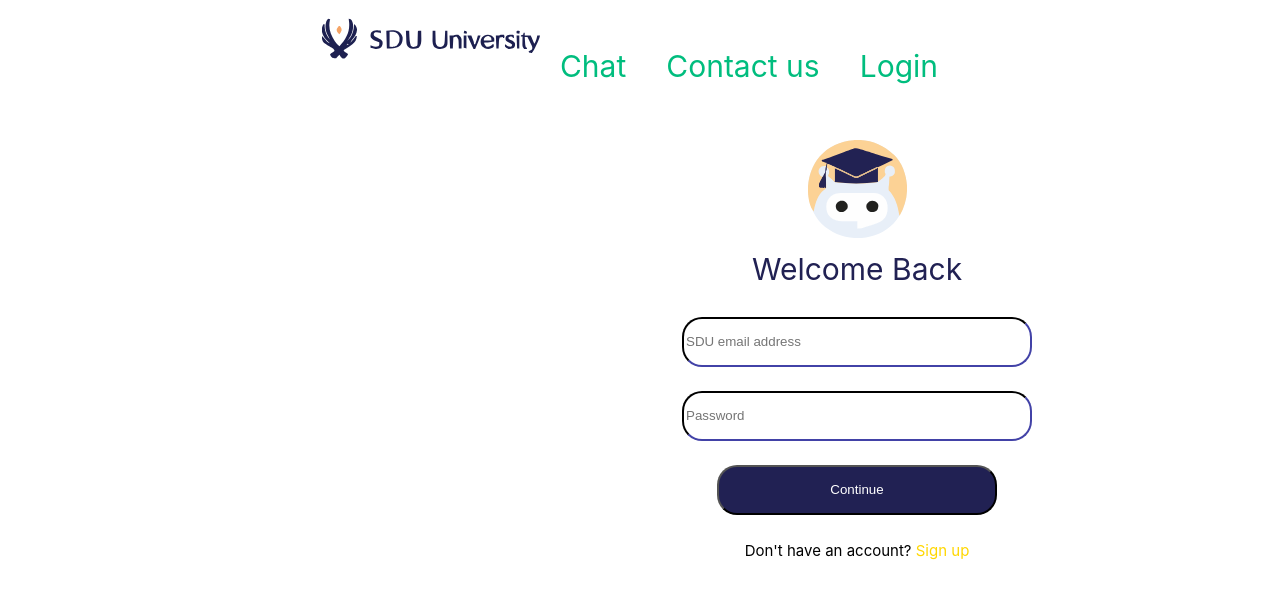
Repository: tolepbekova/Community_v.l
Page: /login
These files come from the project's save history. The page is drawn as it stood at one moment and after the next save; the edit follows.
The browser window is 1280 px wide. The pictures show the whole page.
The project was rebuilt for these pictures with package versions that can differ from the ones it lists, and the page was loaded fresh each time. Also part of the build but not shown: vite.config.js, src/components/HelloWorld.vue. Imported but missing from the stored project, and not drawn on this page: src/views/Change.vue.

Above is the page before, as saved 2024-05-10 03:15:43.

### src/App.vue
<script setup>
import HelloWorld from './components/HelloWorld.vue'
import router from './router/index.js'
import './assets/base.css'
</script>

<template>
    <div id="app">
        <v-app id="header">
            <v-card color="grey lighten-4" flat height="100px" tile>
                <v-toolbar dense>

                    <a href="about.html"><img class="logo" src="../src/assets/logo/log.svg"></a>

                    <v-spacer></v-spacer>

                    <span><router-link to="/getstart">Chat</router-link></span>
                    <span><router-link to="/contact">Contact us</router-link></span>
                    <span><router-link to="/auth">Login</router-link></span>


                </v-toolbar>
            </v-card>
        </v-app>
        <router-view />
    </div>

</template>

<style>
#app {
    display: flex;

}

#header {

    display: flex;
    width: 100%;
    flex-direction: column;
    align-items: center;
    justify-content: space-between;
    position: fixed;
    margin-left: 0px;
    margin-right: 0px;
    margin-top: 0px;
}

#header img {
    width: 218px;
    height: 77px;
}

#navbar {
    display: flex;
    align-items: center;
    justify-content: center;
}

span {
    list-style: none;
    padding: 0 20px;
    text-decoration: none;
    font-size: 30px;
    color: rgba(33, 33, 83, 1);
    transition: 0.3s ease;
}

#navbar li :hover {
    color: rgb(237, 237, 167);
}
</style>

### src/router/index.js
import Vue from 'vue'
import VueRouter from 'vue-router'
import Login from '../views/Login.vue'

Vue.use(VueRouter)

const router = new VueRouter({
  mode: 'history',
  base: import.meta.env.BASE_URL,
  routes: [
    {
      path: '/login',
      name: 'login',
      component: Login
    },
    {
      path: '/getstart',
      name: 'getstart',
      // route level code-splitting
      // this generates a separate chunk (About.[hash].js) for this route
      // which is lazy-loaded when the route is visited.
      component: () => import('../views/AboutView.vue')
    },
    {
      path: '/home',
      name: 'Home',
      // route level code-splitting
      // this generates a separate chunk (About.[hash].js) for this route
      // which is lazy-loaded when the route is visited.
      component: () => import('../views/About.vue')
    },
    {
      path: '/sign',
      name: 'signin',
      component: () => import('../views/Signin.vue')
    },
    {
      path: '/contact',
      name: 'contact',
      component: () => import('../views/Contact.vue')
    },
    {
      path: '/auth',
      name: 'auth',
      component: () => import('../views/Auth.vue')
    },
    {
      path: '/change',
      name: 'change',
      component: () => import('../views/Change.vue')
    },
    {
      path: '/auth',
      name: 'auth',
      component: () => import('../views/Auth.vue')
    },

  ]
})

export default router

### src/assets/main.css
@import "./base.css";

#app {

  font-weight: normal;
}

a,
.green {
  text-decoration: none;
  color: hsla(160, 100%, 37%, 1);
  transition: 0.4s;
}

@media (hover: hover) {
  a:hover {
    background-color: hsla(160, 100%, 37%, 0.2);
  }
}

@media (min-width: 1024px) {
  body {
    display: flex;
    place-items: center;
  }

  #app {
    display: grid;
    grid-template-columns: 1fr 1fr;
    padding: 0 2rem;
  }
}

### src/assets/base.css
/* color palette from <https://github.com/vuejs/theme> */
:root {
  --vt-c-white: #ffffff;
  --vt-c-white-soft: #f8f8f8;
  --vt-c-white-mute: #f2f2f2;

  --vt-c-black: #181818;
  --vt-c-black-soft: #222222;
  --vt-c-black-mute: #282828;

  --vt-c-indigo: #2c3e50;

  --vt-c-divider-light-1: rgba(60, 60, 60, 0.29);
  --vt-c-divider-light-2: rgba(60, 60, 60, 0.12);
  --vt-c-divider-dadarkrk-1: rgba(84, 84, 84, 0.65);
  --vt-c-divider-dark-2: rgba(84, 84, 84, 0.48);

  --vt-c-text-light-1: var(--vt-c-indigo);
  --vt-c-text-light-2: rgba(60, 60, 60, 0.66);
  --vt-c-text-dark-1: var(--vt-c-white);
  --vt-c-text-dark-2: rgba(235, 235, 235, 0.64);
}

/* semantic color variables for this project */
:root {
  --color-background: var(--vt-c-white);
  --color-background-soft: var(--vt-c-white-soft);
  --color-background-mute: var(--vt-c-white-mute);

  --color-border: var(--vt-c-divider-light-2);
  --color-border-hover: var(--vt-c-divider-light-1);

  --color-heading: var(--vt-c-text-light-1);
  --color-text: var(--vt-c-text-light-1);

  --section-gap: 160px;
}

@media (prefers-color-scheme: dark) {
  :root {
    --color-background: var(--vt-c-black);
    --color-background-soft: var(--vt-c-black-soft);
    --color-background-mute: var(--vt-c-black-mute);

    --color-border: var(--vt-c-divider-dark-2);
    --color-border-hover: var(--vt-c-divider-dark-1);

    --color-heading: var(--vt-c-text-dark-1);
    --color-text: var(--vt-c-text-dark-2);
  }
}

*,
*::before,
*::after {
  box-sizing: border-box;
  margin: 0;
  position: relative;
  font-weight: normal;
}
html{
  padding: 0;
  margin: 0;
}
body {
  min-height: 10vh;
  padding: 0;
  margin: 0;
  transition: color 0.5s, background-color 0.5s;
  line-height: 1.6;
  font-family: Inter, -apple-system, BlinkMacSystemFont, 'Segoe UI', Roboto, Oxygen, Ubuntu,
    Cantarell, 'Fira Sans', 'Droid Sans', 'Helvetica Neue', sans-serif;
  font-size: 15px;
  text-rendering: optimizeLegibility;
  -webkit-font-smoothing: antialiased;
  -moz-osx-font-smoothing: grayscale;
}

### src/views/Login.vue
<template>
    <div>

        <br><br><br>

        <div class="abrow">
            <br><br>
            <div class="abcolu">
                <img src="../assets/logo/finalicon13_1.svg" alt="">
            </div>
            <div class="abcolu">
                <h1>Welcome Back</h1>
                <br>
                <input type="email" v-model:value="info.email" placeholder="SDU email address">
                <br><br>
                <input type="password" v-model:value="info.password" placeholder="Password" required>
                <br><br>
                <router-link to="getstart"><button class="btn" @click="login()">Continue</button></router-link>
                <br><br>
                <p>Don't have an account? <router-link to="sign in">Sign up</router-link></p>
            </div>
        </div>
    </div>
</template>

<script>
import axios from 'axios';

export default {
    data() {
        return {
            token: "",
            info: {
                email: "",
                password: "",
            },
        };
    },
    methods: {
        login() {
            axios
                .post(
                    ` https://sschat-production.up.railway.app/accounts/auth/token/login/`,
                    this.info
                )
                .then((res) => {
                    this.token = res.auth_token;
                });
        },
    },
};
</script>

<style scoped>
h1 {
    color: rgba(33, 33, 83, 1);
}

#header {
    display: flex;
    align-items: center;
    justify-content: space-around;
    padding: 20px 80px;

}

#header img {
    width: 218px;
    height: 77px;
}

#navbar {
    display: flex;
    align-items: center;
    justify-content: center;
}

#navbar li {
    list-style: none;
    padding: 0 20px;
}

#navbar li a {
    text-decoration: none;
    font-size: 30px;
    color: rgba(33, 33, 83, 1);
    transition: 0.3s ease;
}

#navnar li a:hover {
    color: rgb(237, 237, 167);
}

.abrow {
    margin: 20px auto;
    display: block;
    text-align: center;
    margin-left: 650px;
}

.abcolu {
    margin: 0 auto;
    display: block;
    text-align: center;
}

img {
    max-width: 99px;
    max-height: 99px;
}


.abp {
    margin: 0 auto;
    display: block;
    width: 670px;
    height: 100px;
}

.icon {
    width: 24px;
    height: 24px;
}

.btn {
    background-color: rgba(33, 33, 83, 1);
    border-radius: 20px;
    width: 280px;
    height: 50px;
    color: #ffffff;
}

input {
    border-radius: 20px;
    width: 350px;
    height: 50px;
    border-color: rgba(33, 33, 83, 1);
}

a {
    color: gold;
}

.lbtn1 {
    margin: 0 auto;
    display: block;
    width: 266px;
    height: 48px;
    border-radius: 30px;
    color: rgba(33, 33, 83, 1);
    background-color: rgba(253, 211, 149, 1);
    border: none;
    font-size: 15px;
    font-family: Cambria, Cochin, Georgia, Times, 'Times New Roman', serif;
    font-weight: bold;

}

.lbtn2 {
    margin: 0 auto;
    display: block;
    width: 266px;
    height: 48px;
    border-radius: 30px;
    color: rgba(33, 33, 83, 1);
    background-color: rgba(253, 211, 149, 1);
    border: none;
    font-size: 15px;
    font-family: Cambria, Cochin, Georgia, Times, 'Times New Roman', serif;
    font-weight: bold;

}
</style>

Loaded but not shown: index.html (common file); src/main.js (common file)

After the next save:
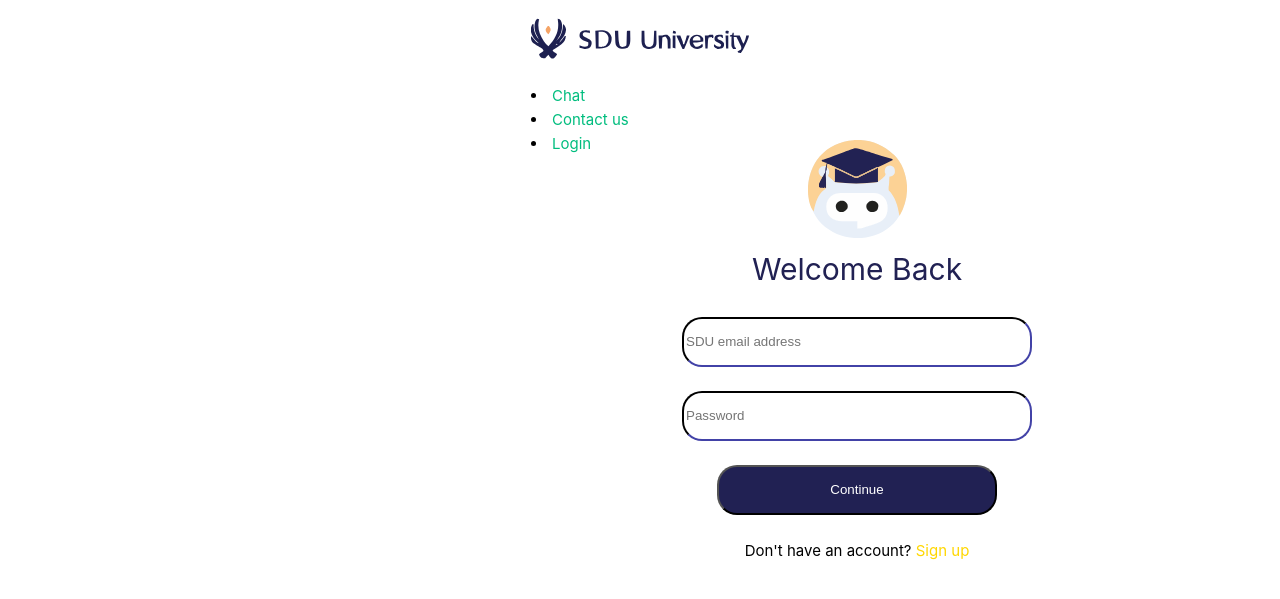
Saved 75 s later.
--- a/src/App.vue
+++ b/src/App.vue
@@ -14,15 +14,15 @@ import './assets/base.css'
 
                     <v-spacer></v-spacer>
 
-                    <span><router-link to="/getstart">Chat</router-link></span>
-                    <span><router-link to="/contact">Contact us</router-link></span>
-                    <span><router-link to="/auth">Login</router-link></span>
+                    <li><router-link to="/getstart">Chat</router-link></li>
+                        <li><router-link to="/contact">Contact us</router-link></li>
+                        <li><router-link to="/auth">Login</router-link></li>
 
 
                 </v-toolbar>
             </v-card>
         </v-app>
-        <router-view />
+         <router-view />
     </div>
 
 </template>
@@ -39,7 +39,7 @@ import './assets/base.css'
     width: 100%;
     flex-direction: column;
     align-items: center;
-    justify-content: space-between;
+    justify-content: space-around;
     position: fixed;
     margin-left: 0px;
     margin-right: 0px;
@@ -56,8 +56,7 @@ import './assets/base.css'
     align-items: center;
     justify-content: center;
 }
-
-span {
+span  {
     list-style: none;
     padding: 0 20px;
     text-decoration: none;
